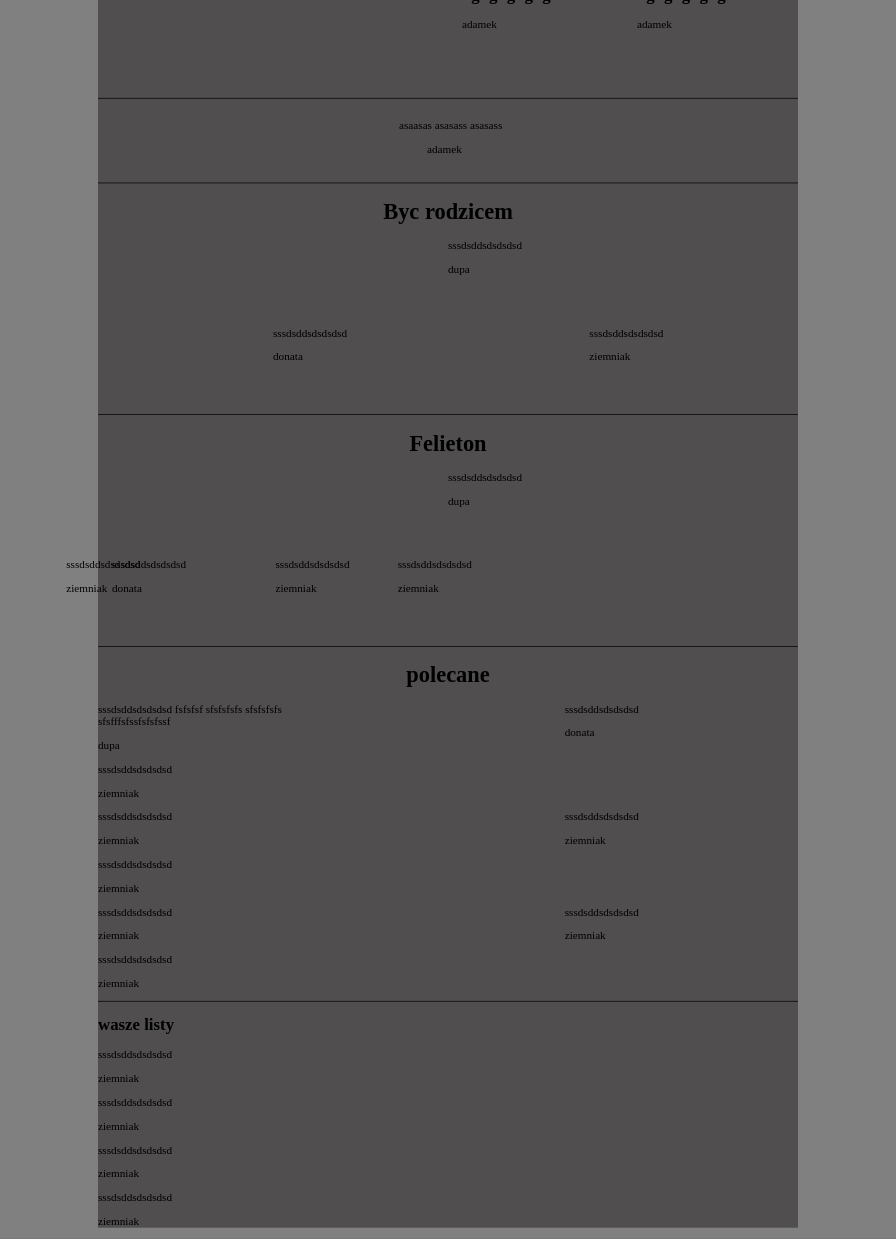
Repository: kq333/pitupitu.pl
Page: index.html
An editor plug-in stored every save of this project. The page is shown before and after the next save, followed by the edit.
The browser window is 1280 px wide. The pictures show the part of the page from y = 837 to 2757 px (the page is 2607 px tall before and 2757 px after), at 70% of full size.
The style sheet was rebuilt from its Sass, Less or Tailwind sources for each picture, by a compiler version that may differ from the author's.

Above is the page before, as saved 2020-11-04 10:57:41.

After the next save:
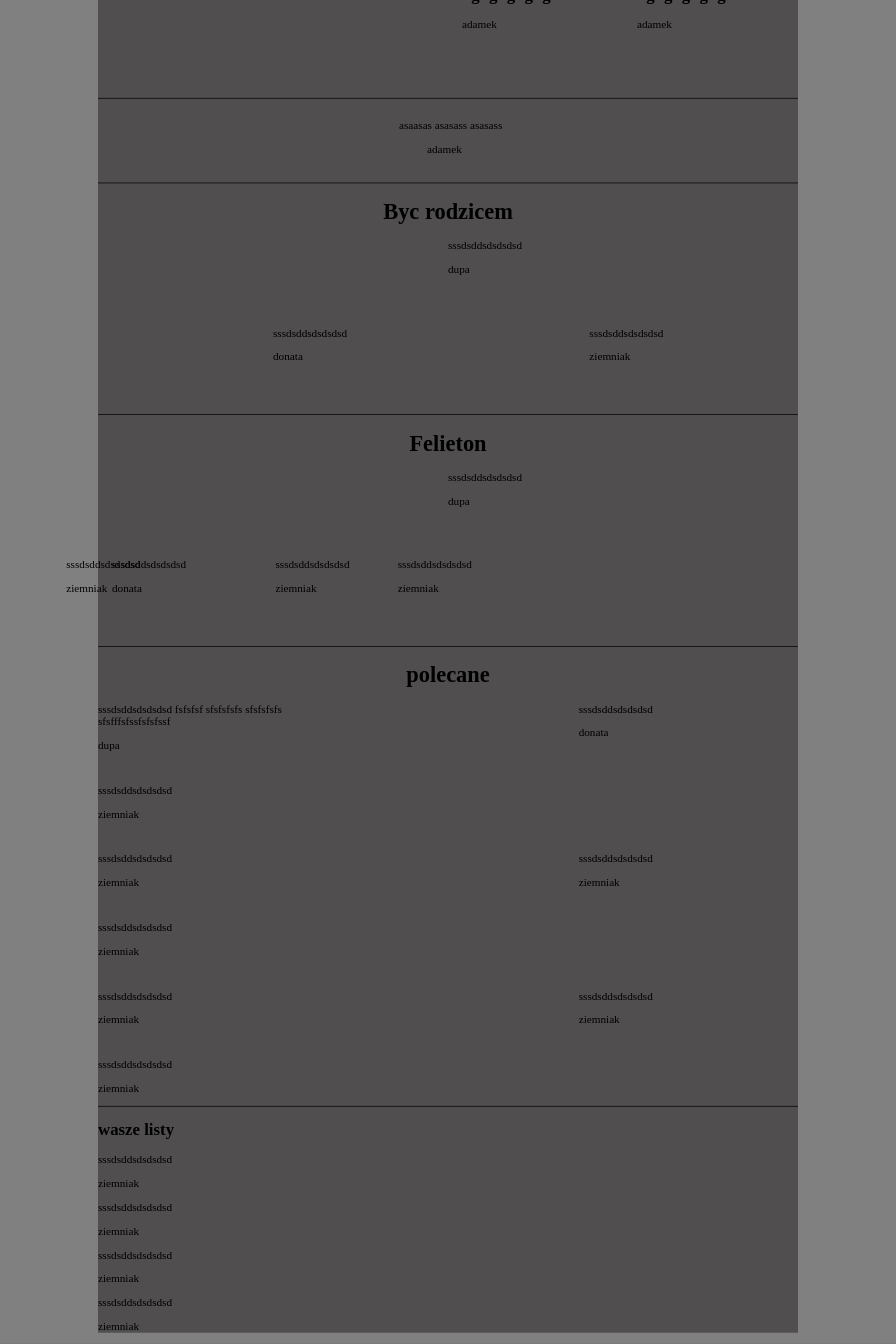
Saved 24 min 41 s later.
--- a/style/style.scss
+++ b/style/style.scss
@@ -155,6 +155,7 @@ body{
     height: auto;
     border-bottom: 1px solid black;
     display:grid;
+    gap:30px;
     grid-template-columns: repeat(3, 1fr);
     grid-template-areas: " art18 .  art19"
                          " art20 .  art19"
@@ -208,16 +209,4 @@ grid-area: art25;
 .art26{
 grid-area: art26;
  }
-
-
-
-
-
-
-
-
-
-
-
-
-                    }
+};
